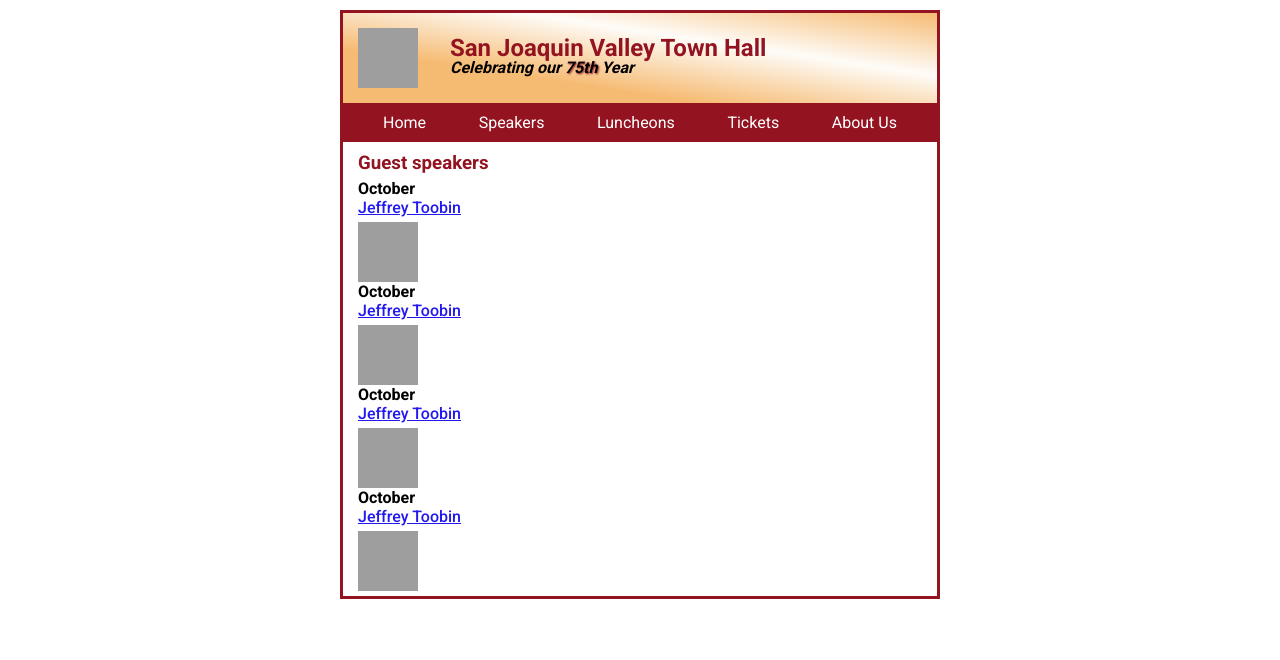
Repository: Mannj-nef/ex-5-6-7-8_IvVettech
Page: index.html
These files come from the project's save history. The page is drawn as it stood at one moment and after the next save; the edit follows.
The browser window is 1280 px wide. The pictures show the whole page.
Pictures or frames that could not be fetched are drawn as grey boxes.

Above is the page before, as saved 2022-03-24 21:50:45.

### index.html
<!DOCTYPE html>
<html lang="en">
  <head>
    <meta charset="UTF-8" />
    <meta http-equiv="X-UA-Compatible" content="IE=edge" />
    <meta name="viewport" content="width=device-width, initial-scale=1.0" />
    <link rel="stylesheet" href="./Asset/style.css" />
    <link rel="preconnect" href="https://fonts.googleapis.com" />
    <link rel="preconnect" href="https://fonts.gstatic.com" crossorigin />
    <link
      href="https://fonts.googleapis.com/css2?family=Roboto:wght@300;400;500;700&display=swap"
      rel="stylesheet"
    />
    <title>Exercise5-6</title>
    <link
      rel="shortcut icon"
      href="https://iviettech.vn/wp-content/themes/viettech/img/front/favicon.ico"
      type="image/x-icon"
    />
  </head>
  <body>
    <div id="app">
      <header id="header">
        <div class="header-top">
          <div class="header-image__wrapper">
            <img
              src="https://source.unsplash.com/random"
              alt=""
              class="header-image"
            />
          </div>
          <div class="header-main">
            <h2 class="header-main__title">San Joaquin Valley Town Hall</h2>
            <p class="header-main__decs">
              Celebrating our
              <span class="header-main__decs-b"
                >75 <span class="header-main__decs-c">th</span>
              </span>
              Year
            </p>
          </div>
        </div>
        <div class="header-nav">
          <ul class="header-nav__list">
            <li class="header-nav__item">
              <a href="" class="header-nav__link">Home</a>
            </li>
            <li class="header-nav__item">
              <a href="" class="header-nav__link">Speakers</a>
            </li>
            <li class="header-nav__item">
              <a href="" class="header-nav__link">Luncheons</a>
            </li>
            <li class="header-nav__item">
              <a href="" class="header-nav__link">Tickets</a>
            </li>
            <li class="header-nav__item">
              <a href="" class="header-nav__link">About Us</a>
            </li>
          </ul>
        </div>
      </header>
      <section id="content">
        <div class="content-left">
          <h3 class="content-left__title">Guest speakers</h3>

          <div class="content-left__member">
            <p class="content-left__member-month">October</p>
            <a href="" class="content-left__member-link">Jeffrey Toobin</a>
            <div class="content-left__member-avata-wrapper">
              <img
                src="https://source.unsplash.com/random"
                alt=""
                class="content-left__member-avata"
              />
            </div>
          </div>
          <div class="content-left__member">
            <p class="content-left__member-month">October</p>
            <a href="" class="content-left__member-link">Jeffrey Toobin</a>
            <div class="content-left__member-avata-wrapper">
              <img
                src="https://source.unsplash.com/random"
                alt=""
                class="content-left__member-avata"
              />
            </div>
          </div>
          <div class="content-left__member">
            <p class="content-left__member-month">October</p>
            <a href="" class="content-left__member-link">Jeffrey Toobin</a>
            <div class="content-left__member-avata-wrapper">
              <img
                src="https://source.unsplash.com/random"
                alt=""
                class="content-left__member-avata"
              />
            </div>
          </div>
          <div class="content-left__member">
            <p class="content-left__member-month">October</p>
            <a href="" class="content-left__member-link">Jeffrey Toobin</a>
            <div class="content-left__member-avata-wrapper">
              <img
                src="https://source.unsplash.com/random"
                alt=""
                class="content-left__member-avata"
              />
            </div>
          </div>
        </div>
      </section>
    </div>
  </body>
</html>

### Asset/style.css
* {
  margin: 0;
  padding: 0;
  box-sizing: border-box;
}
html {
  font-family: "Roboto", sans-serif;
}
:root {
  --prymary-color: #931420;
  --white-color: #fff;
  --yellow-color: #ebc700;
  --blue-color: #2119ee;
  --size: 60px;
}

#app {
  margin: 10px auto;
  width: 600px;
  border: 3px solid var(--prymary-color);
}

#header {
}
.header-top {
  padding: 15px;
  display: flex;
  align-items: center;
  background-image: linear-gradient(
    to right top,
    #f6bb73 30%,
    #fefcf8,
    #f6bb73
  );
}
.header-image__wrapper {
  width: var(--size);
  height: var(--size);
  margin-right: 2em;
}
.header-image {
  width: 100%;
  height: 100%;
}
.header-main {
  line-height: 20px;
}
.header-main__title {
  color: var(--prymary-color);
}
.header-main__decs {
  color: #000;
  font-weight: 600;
  font-style: italic;
}
.header-main__decs-b {
  display: inline-flex;
  text-shadow: 1px 1px 2px var(--prymary-color);
}
.header-nav {
  background-color: var(--prymary-color);
}
.header-nav__list {
  list-style: none;
  display: flex;
  justify-content: space-between;
  padding: 0 20px;
}
.header-nav__item {
  padding: 10px 20px;
}
.header-nav__link {
  font-weight: 400;
  text-decoration: none;
  color: var(--white-color);
}
.header-nav__item:hover .header-nav__link {
  color: var(--yellow-color);
}

#content {
  padding: 10px 15px;
}

.content-left {
  width: 40%;
}
.content-left__title {
  color: var(--prymary-color);
}
.content-left__member {
}
.content-left__member-month {
  margin-top: 5px;
  font-weight: 600;
}
.content-left__member-link {
  font-weight: 500;
  color: var(--blue-color);
}
.content-left__member-avata-wrapper {
  width: var(--size);
  height: var(--size);
}
.content-left__member-avata {
  margin-top: 5px;
  width: 100%;
  height: 100%;
}

After the next save:
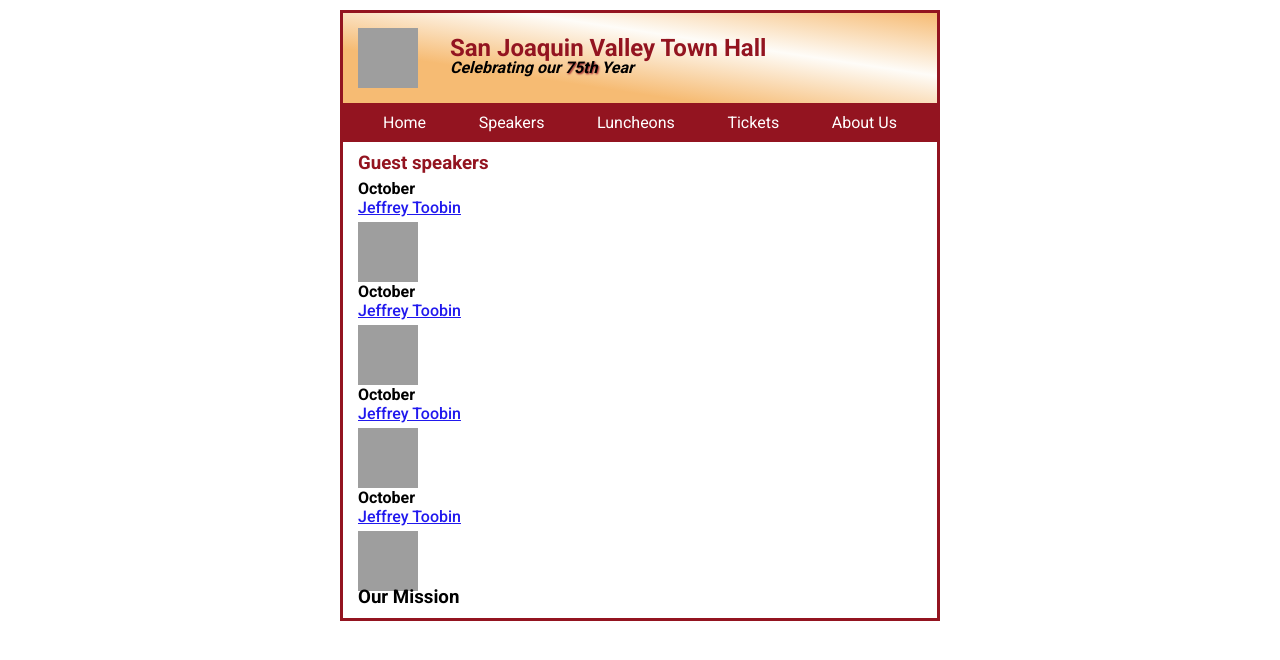
Saved 86 s later.
--- a/index.html
+++ b/index.html
@@ -109,6 +109,9 @@
             </div>
           </div>
         </div>
+        <div class="constent-right">
+          <h3 class="content-title">Our Mission</h3>
+        </div>
       </section>
     </div>
   </body>
